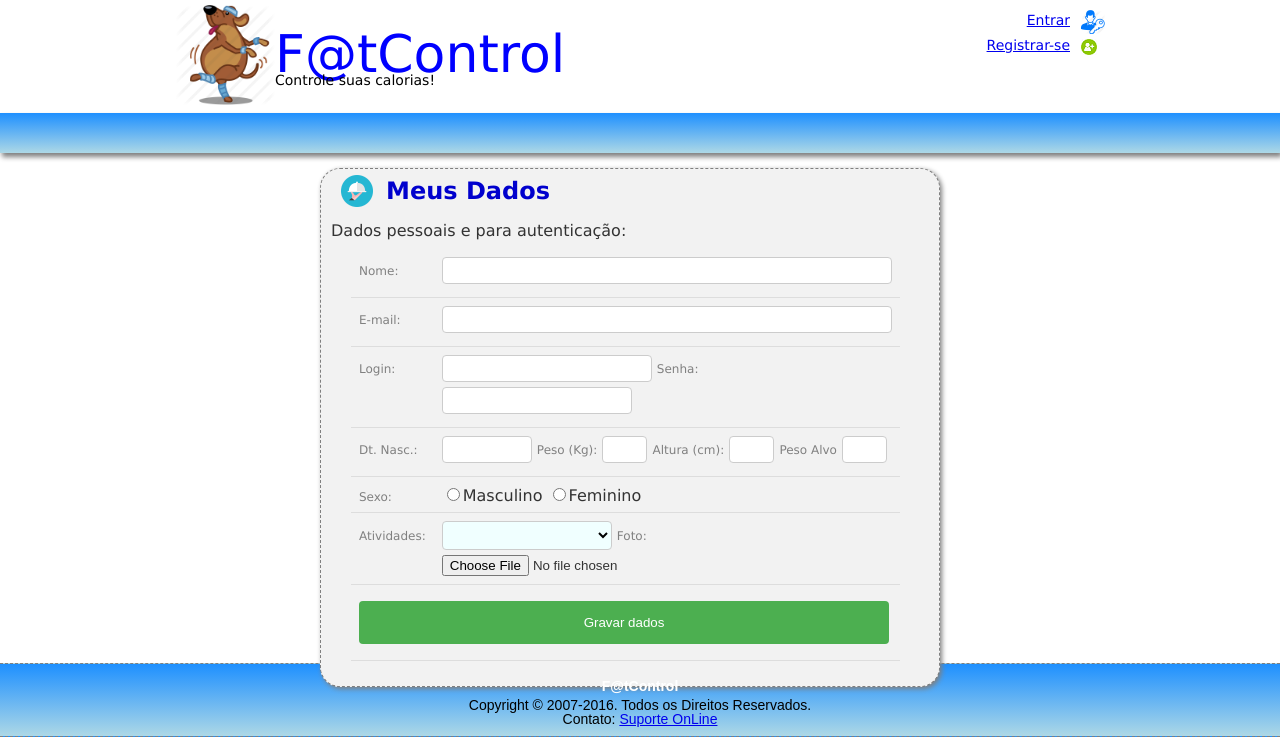
Repository: vinicius-colutti/FatControl-JavaWeb-Project
Page: http://localhost/Final/cadastro.jsp
The author's editor kept a copy of each file at every save. The page is drawn from the files as they stood at one save, then again after the next save.
The browser window is 1280 px wide. The pictures show the whole page.
The page is served by Tomcat 9. Other server files are loaded and not shown. Queries for data that is not in the repository find no rows.

Above is the page before, as saved 2016-12-04 00:30:12.

### jee/Final/WebContent/cadastro.jsp
<%@page import="br.com.fatcontrol.DAO.AtividadeDAO"%>
<%@page import="br.com.fatcontrol.model.Atividade"%>
<%@page import="java.util.List"%>
<%@page import="java.sql.Connection"%>
<%@ page language="java" contentType="text/html; charset=ISO-8859-1"
    pageEncoding="ISO-8859-1"%>

<!DOCTYPE html>
<html>
	<head>
	<%
		AtividadeDAO atividade = new AtividadeDAO();
		List<Atividade> listaAtividade  = atividade.listarAtividade();

	%>
		<meta http-equiv="Content-Type" content="text/html; charset=ISO-8859-1">
		<title>Cadastrar-se</title>
		<link rel="stylesheet" href="css/reset.css">
		<link rel="stylesheet" href="css/estilo.css">
	</head>
		<!-- HEADER -->
		<%@include file="headerfale.jsp"%>
		<!-- FIM HEADER -->

		<body>
			<!-- CONTEÚDO -->
		<div class="conteudo" style=" margin-right:400px;">
			<div class="direita">
				<div class="conteudoDireita">
					<h4 class="tituloMenuDir">Meus Dados</h4>

					<form action="GravarUsuario" method="post" enctype="">
						<fieldset style="display: inline-block;">
							<legend>Dados pessoais e para autenticação:</legend>


								<table style="margin-left: 20px">
									<tr>
										<td><label for="txtNome">Nome:</label></td>
										<td><input type="text" name="txtNome" style="width: 450px;"></td>
								   </tr>

									<tr>
										<td><label for="txtEmail">E-mail:</label></td>
										<td><input type="text" name="txtEmail" style="width: 450px;"></td>
									</tr>

									<tr>
										<td><label for="txtLogin">Login:</label></td>
										<td><input  type="text" name="txtLogin" style="width: 210px;"> <label for="txtSenha">Senha:</label>
												<input  type="text" name="txtSenha" style="width: 190px;"></td>
									</tr>

									<tr>
										<td><label for="txtDtNasc">Dt. Nasc.:</label></td>
										<td><input  type="text" name="txtDtNasc" style="width: 90px;">
												<label for="txtPeso">Peso (Kg):</label>
												<input type="text" name="txtPeso" style="width: 45px;">
												<label for="txtAltura">Altura (cm):</label>
												<input type="text" name="txtAltura" style="width: 45px;">
												<label for="txtPesoAlvo">Peso Alvo</label>
												<input type="text" name="txtPesoAlvo" style="width: 45px;"> </td>








									</tr>

									<tr>
										<td><label for="rdSexo">Sexo:</label></td>
										<td><input type="radio" name="rdSexo" value="M">Masculino
												<input type="radio" name="rdSexo" value="F">Feminino<br></td>

									</tr>

									<tr>
										<td><label for="cbAtividades">Atividades:</label></td>
										<td><select name="idAtividade" style="width: 170px; background-color: #F0FFFF;">

													<%
														for (int i = 0; i < listaAtividade.size() ; i++){
															out.print("<option value='" + listaAtividade.get(i).getIdAtividade() + "'>" + listaAtividade.get(i).getDescricao() + "</option>");
														}
													%>
												</select>
												<label for="txtFoto">Foto:</label> <input type="file" name="txtFoto" style="width: 240px;"></td>
									</tr>

									<tr>
										<td colspan="2" align="right"><input type="submit" value="Gravar dados"  style="margin-top: 8px; width: 530px;"></td>
									</tr>

								</table>

						</fieldset>
					</form>

				</div>
			</div>
		</div>
		<!-- FIM CONTEÚDO -->
		<!-- RODAPÉ -->
		<%@include file="footer.jsp"%>
		<!-- FIM RODAPÉ -->

		</body>
</html>

### jee/Final/WebContent/headerfale.jsp
<!-- HEADER -->
<div class="container">
	<div style="padding-left: 5px; padding-right: 5px">
		<header>
			<h1>
				<img alt="FatControl" src="images/logo2.png" width="100"
					height="100">
			</h1>
			<p class="logo">F@tControl</p>
			<p class="subtitulo">Controle suas calorias!</p>
			<p class="login">

				<%

					if (session.getAttribute("usuario") != null){
						out.print("<a href='sair.jsp'>Sair</a>");
					}
					else {
						out.print("<a href='login.jsp'>Entrar</a>");
					}

				%>
				<!--  <a href="#">Login</a>-->
			</p>
			<p class="registrar">
				<a href="cadastro.jsp">Registrar-se</a>
			</p>
		</header>
	</div>
</div>

<nav class="menu-sup">
	<ul>



	</ul>




</nav>
<!-- FIM HEADER -->

### jee/Final/WebContent/footer.jsp
<!-- RODAPÉ -->
<div class="rodape">
	<footer>
		<p style="color:white; font-weight: bold; margin-bottom: 5px;">F@tControl</p>
		<p>Copyright © 2007-2016. Todos os Direitos Reservados.</p>
		<p style="margin-bottom: 10px;">Contato: <a href="mailto:suporte@afinasoft.com.br">Suporte OnLine</a></p>
	</footer>
</div>
<!-- FIM RODAPÉ -->

### jee/Final/src/br/com/fatcontrol/DAO/AtividadeDAO.java
package br.com.fatcontrol.DAO;

import java.sql.Connection;
import java.sql.PreparedStatement;
import java.sql.ResultSet;
import java.sql.SQLException;
import java.util.ArrayList;
import java.util.List;

import br.com.fatcontrol.DBUtils.Conexao;
import br.com.fatcontrol.model.Atividade;

public class AtividadeDAO {

	public List<Atividade> listarAtividade(){
		List<Atividade> listaAtividade = new ArrayList();
		Connection con = null;

		try{
			con = Conexao.abrirConexao();

			String sql = "SELECT * FROM tbl_atividade";
			PreparedStatement st = con.prepareStatement(sql);
			ResultSet rs = st.executeQuery();



			while(rs.next()){

				Atividade atividade = new Atividade();
				atividade.setDescricao(rs.getString("descricao"));
				atividade.setIdAtividade(Integer.parseInt(rs.getString("idAtividade")));
				System.out.println(atividade.getDescricao());
				listaAtividade.add(atividade);


			}

			Conexao.fecharConexao(con);


		}catch(SQLException erro){

			System.out.println("erro" + erro.getMessage());
		}catch(Exception e){
			System.out.println("Erro comum" + e.getMessage());
		}


		return listaAtividade;


	}


}

### jee/Final/src/br/com/fatcontrol/DBUtils/Conexao.java
package br.com.fatcontrol.DBUtils;
import java.sql.Connection;
import java.sql.DriverManager;
import java.sql.SQLException;

public class Conexao {
public static Connection abrirConexao(){

		Connection con = null;
		String caminho = "jdbc:mysql://localhost:3306/fatcontrol?user=root&password=bcd127";




		try{
			Class.forName("com.mysql.jdbc.Driver").newInstance();
			con = DriverManager.getConnection(caminho);

		}catch(Exception e){

			System.out.println(e.getMessage());

		}
		return con;

	}

	public static void fecharConexao(Connection con){

		if (con != null){
			try {
				con.close();
			} catch (SQLException e) {
				System.out.println(e.getMessage());
			}

		}

	}

}

### jee/Final/WebContent/css/estilo.css
body {
	color: #333333;
	font-family: "Lucida Sans Unicode", "Lucida Grande", sans serif;
}

.container {
	margin: 0 auto;
	width: 940px;
	padding-bottom: 5px;
	padding-top: 5px;
	padding-left: 0px;
	padding-right: 0px;
}

.conteudo {
	margin: 0 auto;
	margin-top: 5px;
	width: 940px;
	padding-bottom: 5px;
	padding-top: 5px;
	padding-left: 0px;
	padding-right: 0px;
	background-color:;
}

header {
	position: relative;
}

.logo {
	position: absolute;
	top: 18px;
	right: 0;
	font-size: 52px;
	width: 830px;
	height: 26px;
	padding-top: 5px;
	color: #0000FF;
}

.subtitulo {
	position: absolute;
	top: 18px;
	right: 0;
	font-size: 14px;
	width: 830px;
	height: 26px;
	padding-top: 50px;
	color: #000;
}

.login {
	position: absolute;
	top: 0;
	right: 0;
	background: url(../images/login24.png) no-repeat right;
	font-size: 14px;
	padding-right: 35px;
	padding-top: 0px;
	text-align: right;
	width: 200px;
	height: 26px;
	padding-top: 8px;
}

.registrar {
	position: absolute;
	top: 25px;
	right: 8px;
	background: url(../images/user.png) no-repeat right;
	font-size: 14px;
	padding-right: 27px;
	padding-top: 0px;
	text-align: right;
	width: 200px;
	height: 26px;
	padding-top: 8px;
}

.menu-sup {
	margin-top: 0px;
	/*background-color: #0000CD;*/
	background: linear-gradient(#1E90FF, #ADD8E6);
	box-shadow: 2px 4px 5px grey;
}

.menu-sup ul {
	font-size: 16px;
	padding-bottom: 20px;
	padding-top: 20px;
	padding-right: 0px;
	padding-left: 0px;
	text-align: center;
}

.menu-sup ul li {
	height: 50px;
	display: inline;
	margin-left: 0px;
	box-shadow: 0px 5px 5px grey;
}

.menu-sup a:hover {
	color: yellow;
	background-color: #6495ED;
}

.menu-sup a:VISITED {
	color: white;
}

.menu-sup a:LINK {
	color: white;
}

.menu-sup a {
	background-color: #00BFFF;
	padding-bottom: 5px;
	padding-top: 5px;
	padding-right: 10px;
	padding-left: 10px;
	border-radius: 5px;
	text-decoration: none;
}

.rodape {
	clear: both;
	margin-top : 5px;
	/*background-color: #0000CD;*/
	background: linear-gradient(#1E90FF, #ADD8E6);*/
	/*box-shadow: 0px 2px 5px grey;*/
	padding-bottom: 20px;
	padding-top: 15px;
	padding-right: 0px;
	padding-left: 0px;
	text-align: center;
	color: black;
	font-family: "Arial";
	font-size: 14px;
	margin-top: 5px;
	border-top: 1px dashed gray;
	border-bottom: 1px dashed gray;
}

.esquerda {
	float: left;
	margin-right: 0px;
	width: 310px;
	height: 500px;
	margin-bottom: 5px;
}

.direita {
	float: right;
	margin-left: 5px;
	width: 620px;
	height: 500px;
}

.tituloMenuEsq {
	padding-top: 10px;
	padding-bottom: 10px;
	padding-left: 45px;
	color: #0000CD;
	font-size: 24px;
	font-weight: bold;
	border-bottom: 0px solid gray;
	background: url(../images/perfil2.png) no-repeat left;
	margin-left: 20px;
}

.tituloMenuDir {
	padding-top: 10px;
	padding-bottom: 10px;
	padding-left: 45px;
	color: #0000CD;
	font-size: 24px;
	font-weight: bold;
	border-bottom: 0px solid gray;
	background: url(../images/food2.png) no-repeat left;
	margin-left: 20px;
}

.tituloConteudo {
	padding-top: 10px;
	padding-bottom: 10px;
	padding-left: 65px;
	color: #0000CD;
	font-size: 24px;
	font-weight: bold;
	border-bottom: 0px solid gray;
	background: url(../images/food.png) no-repeat left;

}

.imgperfil {
	margin-top: 0px;
	text-align: center;
	border-radius: 70px;
}

.conteudoEsquerdo {
	border: 1px dashed gray;
	border-radius: 20px;
	margin-top: 5px;
	background-color:  #f2f2f2;
	box-shadow: 2px 2px 5px gray;
}

.conteudoDireita {
	border: 1px dashed gray;
	border-radius: 20px;
	margin-top: 5px;
	background-color:  #f2f2f2;
	box-shadow: 2px 2px 5px gray;
}

.destaque {
	font-size: 20px;
	font-weight: bold;
	color: gray;
	margin-top: 2px;
	text-align: center;
	margin-bottom: 20px;
}

.tabelaEsq {
	font-size: 16px;
	font-weight: bold;
	color: gray;
	margin-top: 2px;
	padding: 20px;
}

.tabelaPerfil {
	border-collapse: collapse;
	width: 95%;
	margin-left: 5px;
	margin-right: 10px;
	font-size: 14px;
	margin-bottom: 22px;
}

.tabelaCalorias {
	border-collapse: collapse;
	width: 95%;
	/*margin-left: 15px;
	margin-right: 10px;*/
	margin: auto;
	font-size: 14px;
	margin-bottom: 12px;
}

tr, td {
	padding: 8px;
	text-align: left;
	border-bottom: 1px solid #ddd;
}



tr:HOVER {
	/*background-color: #F0FFFF;;*/
}

.centralizaConteudo {
	padding: 8px;
	text-align: center;
	border-bottom: 1px solid #ddd;
}

th {
	padding: 8px;
	text-align: left;
	border-bottom: 1px solid #ddd;
	background: linear-gradient(#1E90FF, #ADD8E6);
	color: white;
	box-shadow: 2px 2px 5px gray;
}

.formularioLogin {
    border-radius: 20px;
    background-color: #f2f2f2;
    padding: 20px;
    margin-top: 70px;
    width: 300px;
	margin-left: 250px;
	border: 1px dotted gray;
	box-shadow: 5px 5px 10px gray;
}

.textBox[type=text] {
    width: 100%;
    /*padding: 12px 20px;*/
    padding: 7px;
    margin: 8px 0;
    display: inline-block;
    border: 1px solid #ccc;
    border-radius: 4px;
    box-sizing: border-box;
}

.textBox[type=password] {
    width: 100%;
    /*padding: 12px 20px;*/
    padding: 7px;
    margin: 8px 0;
    display: inline-block;
    border: 1px solid #ccc;
    border-radius: 4px;
    box-sizing: border-box;
}

.textBox[type=submit] {
    width: 100%;
    background-color: #4CAF50;
    color: white;
    padding: 14px 20px;
    margin: 8px 0;
    border: none;
    border-radius: 4px;
    cursor: pointer;
}

.textBox[type=submit]:hover {
    background-color: #45a049;
}

.autenticacao {
	float: none;
	margin-left: 5px;
	width: 940px;
	height: 500px;
}

.tituloLogin {
	padding-top: 10px;
	padding-bottom: 0px;
	padding-left: 65px;
	color: gray;
	font-size: 24px;
	/*border-bottom: 1px solid gray;*/
	background: url(../images/autentica64.png) no-repeat left;
	margin-bottom: 20px;
	width: 250px;
	height: 70px;
}

fieldset {
	border: 0px solid #d1d1d1;
	width: 90%;
	margin: auto;
	padding: 10px;
	border-radius: 5px;
	margin-bottom: 12px;
	margin-top: 10px;
	/*box-shadow: 2px 2px 4px gray;*/
}

inputForm {
    width: 20px;
    padding: 2px;
    display: table;
}

label {
	font-size: 14px;
	color: gray;
}

input[type=text], select{
	padding: 5px;
	border: 1px solid #ccc;
    border-radius: 4px;
    box-sizing: border-box;
    margin-bottom: 5px;
}

input[type=submit]{
	background-color: #4CAF50;
    color: white;
    padding: 14px 20px;
    margin: 8px 0;
    border: none;
    border-radius: 4px;
    cursor: pointer;
}

input[type=submit]:HOVER {
	background-color: #45a049;
}


label {
	font-family: "arial" sans serif;
	font-size: 12px;
	color: gray;
}

### jee/Final/WebContent/header.jsp

<!-- HEADER -->
<div class="container">
	<div style="padding-left: 5px; padding-right: 5px">
		<header>
			<h1>
				<img alt="FatControl" src="images/logo2.png" width="100"
					height="100">
			</h1>
			<p class="logo">F@tControl</p>
			<p class="subtitulo">Controle suas calorias!</p>
			<p class="login">

				<!--  <a href="#">Login</a>-->
			</p>
			<p class="registrar">
				<a href="cadastro.jsp">Registrar-se</a>
			</p>
		</header>
	</div>
</div>

<nav class="menu-sup">
	<ul>
		<li><a href="index.jsp">Home Page</a></li>
		<li><a href="meusdados.jsp">Meus Dados</a></li>
		<li><a href="minhaalimentacao.jsp">Minha alimentação</a></li>
		<li><a href="#">Meus Exercícios</a></li>
		<li><a href="alimentos.jsp">Alimentos</a></li>
		<li><a href="#">Exercícios</a></li>
		<li><a href="#">Quero me pesar</a></li>
	</ul>
</nav>
<!-- FIM HEADER -->

Loaded but not shown: jee/Final/WebContent/css/reset.css (common file)

After the next save:
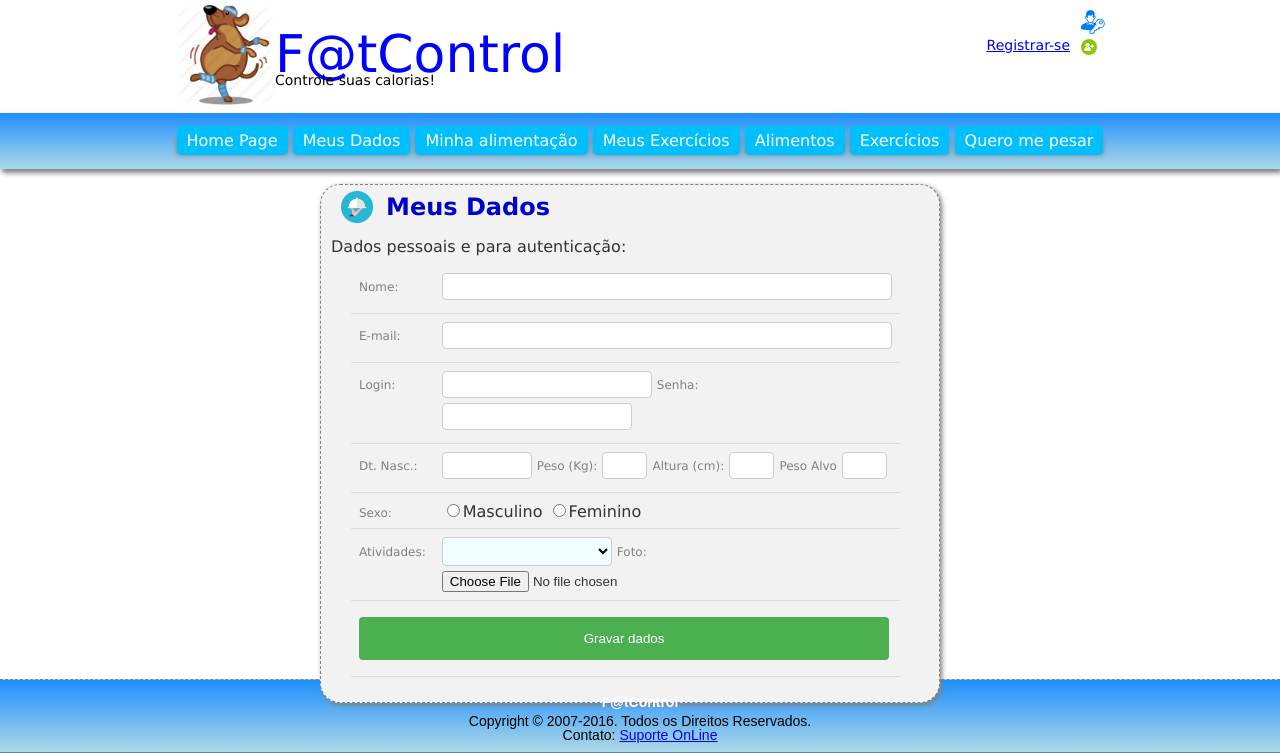
Saved 73 s later.
--- a/jee/Final/WebContent/cadastro.jsp
+++ b/jee/Final/WebContent/cadastro.jsp
@@ -19,7 +19,7 @@
 		<link rel="stylesheet" href="css/estilo.css">
 	</head>
 		<!-- HEADER -->
-		<%@include file="headerfale.jsp"%>
+		<%@include file="header.jsp"%>
 		<!-- FIM HEADER -->
 
 		<body>
@@ -38,7 +38,7 @@
 									<tr>
 										<td><label for="txtNome">Nome:</label></td>
 										<td><input type="text" name="txtNome" style="width: 450px;"></td>
-								   </tr>
+
 
 									<tr>
 										<td><label for="txtEmail">E-mail:</label></td>
